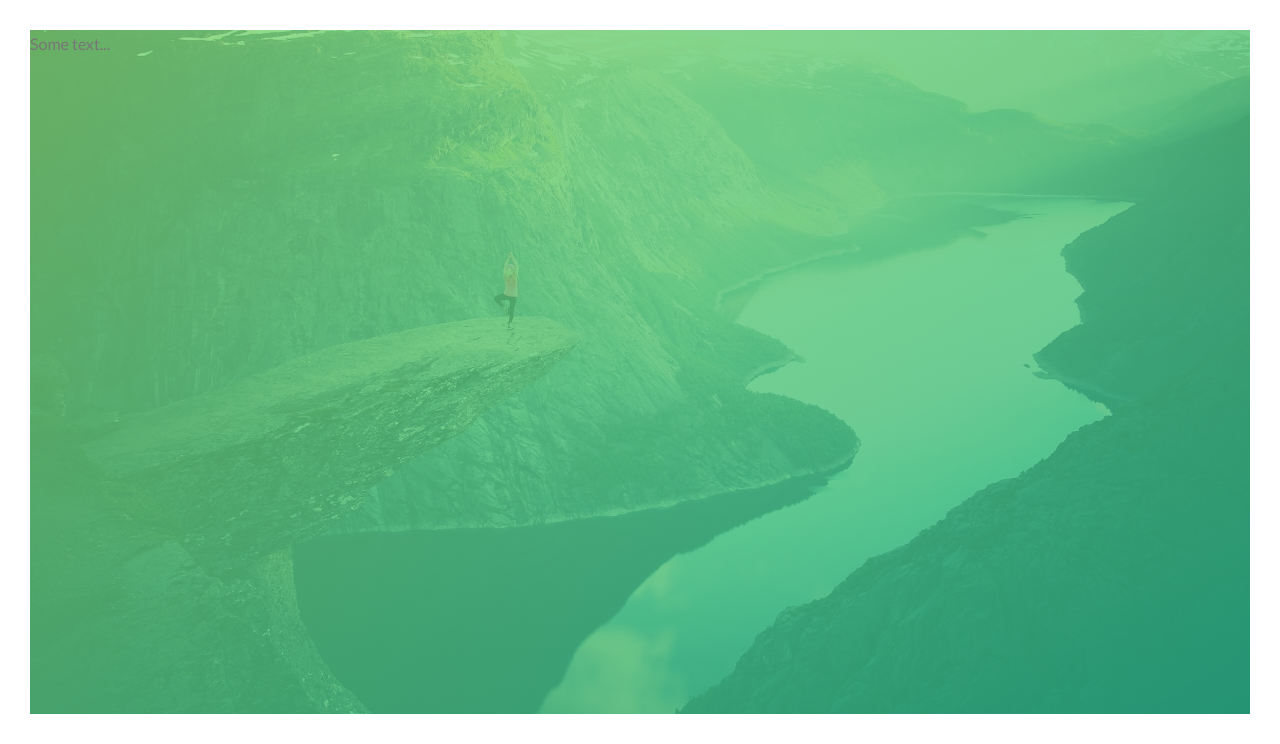
Repository: taivuong95/natours-fe
Page: index.html
These files come from the project's save history. The page is drawn as it stood at one moment and after the next save; the edit follows.
The browser window is 1280 px wide. The pictures show the whole page.

Above is the page before, as saved 2020-12-09 15:00:27.

After the next save:
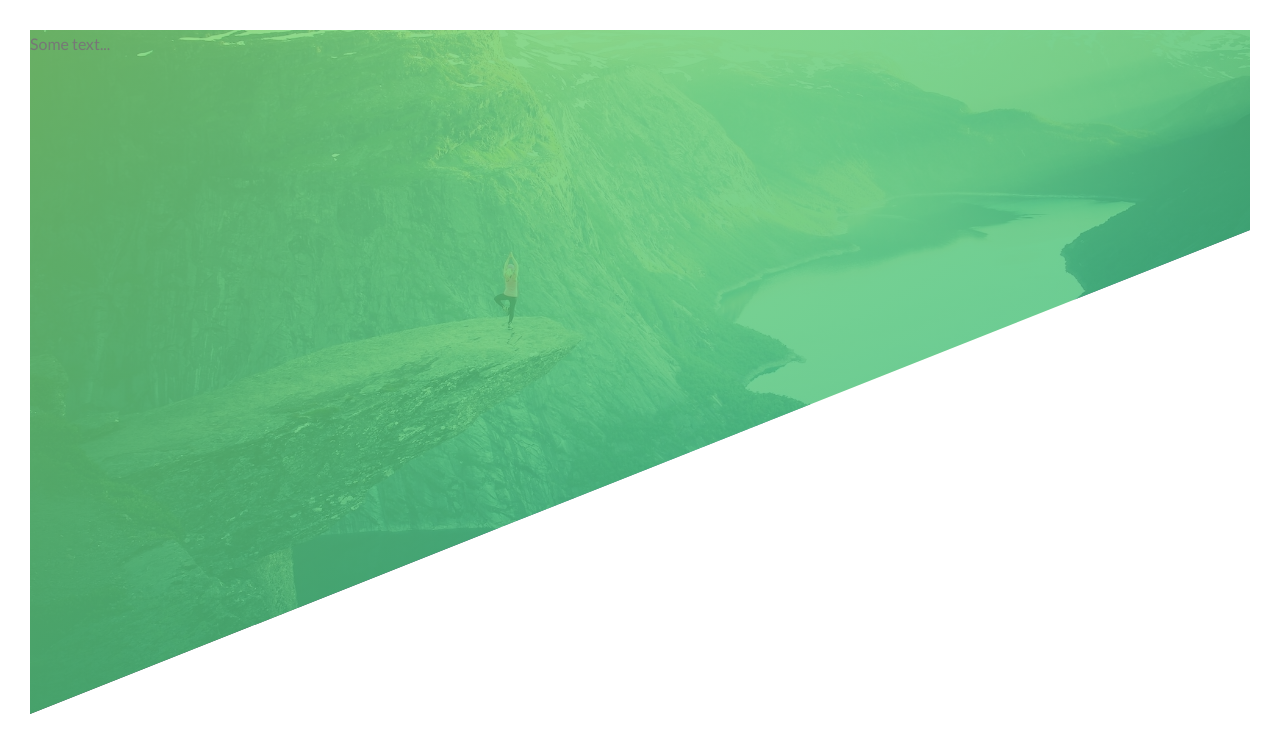
Saved 4 min 2 s later.
--- a/css/style.css
+++ b/css/style.css
@@ -32,4 +32,5 @@ body {
     url(../img/hero.jpg);
   background-size: cover;
   background-position: top;
+  clip-path: polygon(0 0, 100% 0, 100% 200px, 0 100%);
 }
